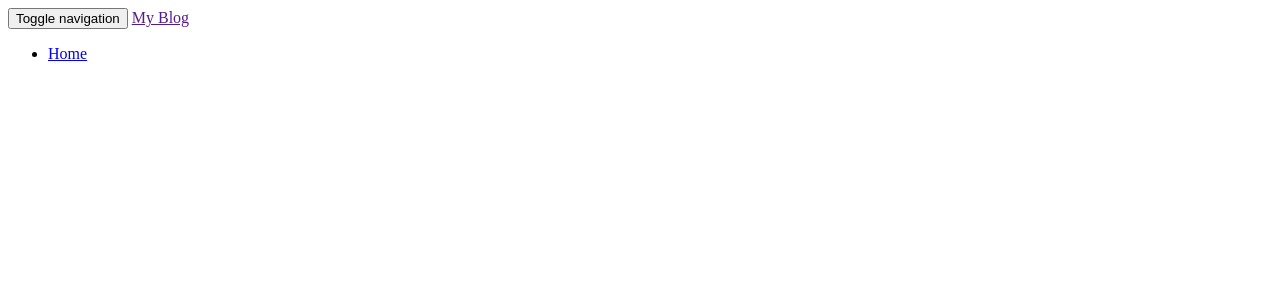
Repository: AnnieFisher/blog
Page: BlogMVC/WebContent/nav.html
These files come from the project's save history. The page is drawn as it stood at one moment and after the next save; the edit follows.
The browser window is 1280 px wide. The pictures show the whole page.

Above is the page before, as saved 2016-12-19 06:55:12.

After the next save:
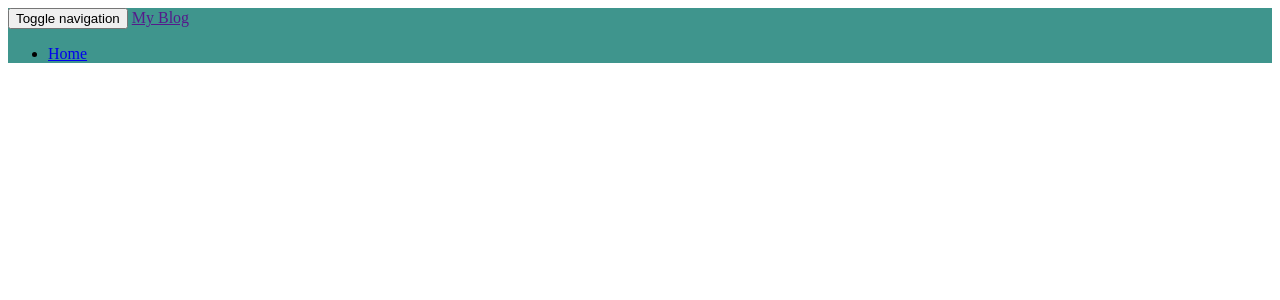
Saved 45 s later.
--- a/BlogMVC/WebContent/nav.html
+++ b/BlogMVC/WebContent/nav.html
@@ -1,7 +1,7 @@
 <div ng-controller="postsController">
 	<div class="container">
       <!-- Static navbar -->
-      <nav class="navbar navbar-dark bg-inverse">
+      <nav class="navbar navbar-light" style="background-color: #3f958d;">
         <div class="container-fluid">
           <div class="navbar-header">
             <button type="button" class="navbar-toggle collapsed" data-toggle="collapse" data-target="#navbar" aria-expanded="false" aria-controls="navbar">
